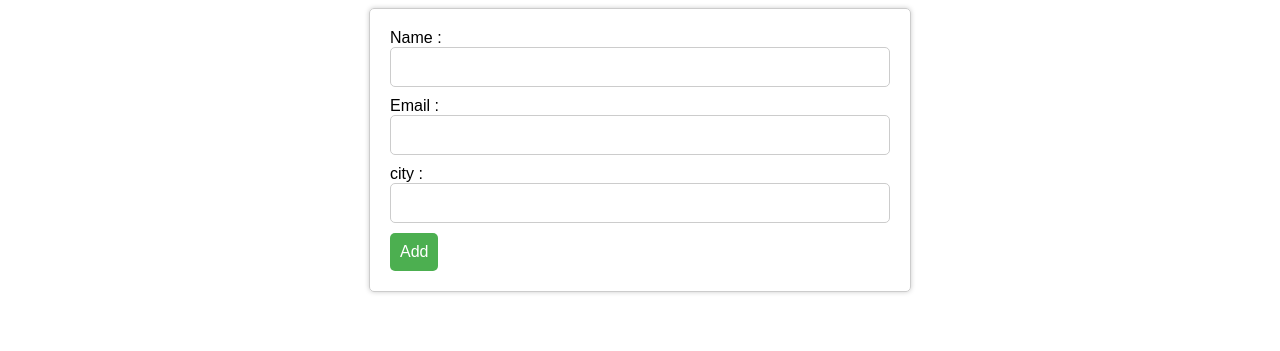
Repository: UnmeshNarayanKadam/JAVA-SPRING-HIBERNATE-PROGRAM
Page: http://localhost/spring-webapp/addCustomer.jsp
The author's editor kept a copy of each file at every save. The page is drawn from the files as they stood at one save, then again after the next save.
The browser window is 1280 px wide. The pictures show the whole page.
The page is served by Tomcat 9.

Above is the page before, as saved 2023-02-27 05:25:25.

After the next save:
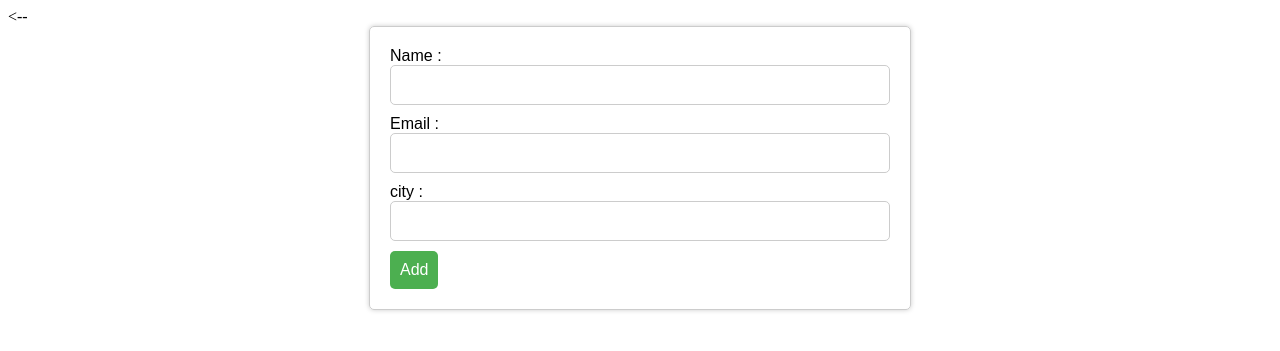
Saved 14 s later.
--- a/spring-webapp/src/main/webapp/addCustomer.jsp
+++ b/spring-webapp/src/main/webapp/addCustomer.jsp
@@ -5,7 +5,7 @@
 <head>
 <meta charset="ISO-8859-1">
 <title>Insert title here</title>
-
+<--
 <style>
 		form {
 			width: 500px;

After the save that followed:
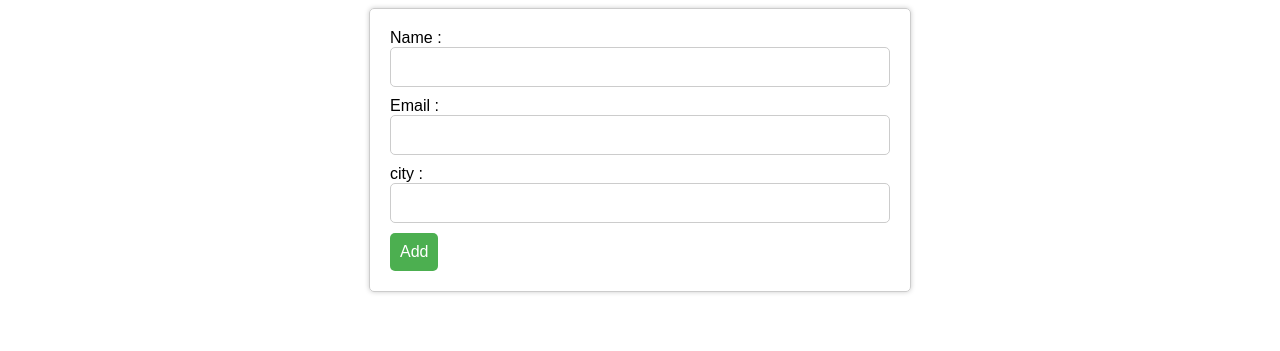
Saved 9 s later.
--- a/spring-webapp/src/main/webapp/addCustomer.jsp
+++ b/spring-webapp/src/main/webapp/addCustomer.jsp
@@ -5,7 +5,6 @@
 <head>
 <meta charset="ISO-8859-1">
 <title>Insert title here</title>
-<--
 <style>
 		form {
 			width: 500px;
